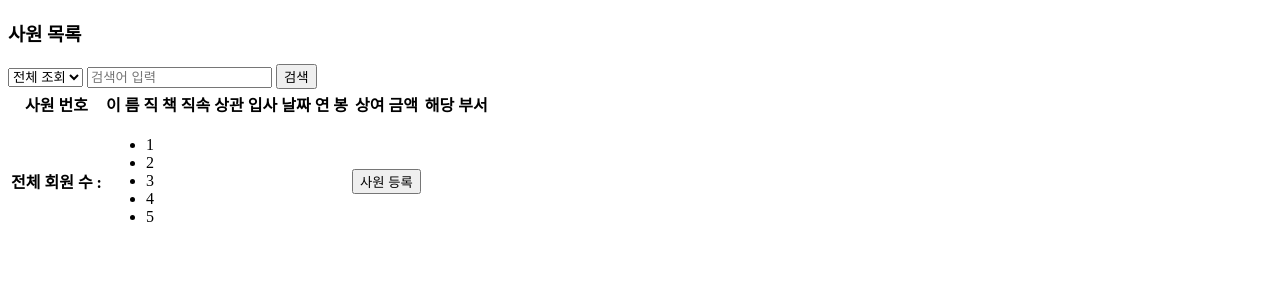
Repository: HYERI-HONG/SYS4U_WEB02_COMMAND
Page: http://localhost/company/WEB-INF/view/empList.jsp
An editor plug-in stored every save of this project. The page is shown before and after the next save, followed by the edit.
The browser window is 1280 px wide. The pictures show the whole page.
The page is served by Tomcat 9. Nobody is signed in. Other server files are loaded and not shown. The template is opened directly, without the code that normally fills it, so the values that code supplies are empty.

Above is the page before, as saved 2019-03-12 20:37:47.
Console error: TypeError: i.addEventListener is not a function

### company/WebContent/WEB-INF/view/empList.jsp
<%@ page language="java" contentType="text/html; charset=EUC-KR"
    pageEncoding="EUC-KR"%>
<%@ taglib prefix="c" uri="http://java.sun.com/jsp/jstl/core"%>
<!DOCTYPE html>
<html>
<head>
<meta charset="UTF-8" />
	<title>EmployeeList</title>

</head>
<body>
	<h3>사원 목록</h3>
	<div id="content">
		<div id="content_search">
		<form action="${context}/empSearch.do" method="post">
			<select name="serchOption">
				<option value="findAll">전체 조회</option>
				<option value="findSomeByname">이름</option>
				<option value="findOne">사원번호</option>
				<option value="findSomeByDeptNo">부서명</option>
			</select>
			<input name="searchWord" type="text" placeholder="검색어 입력" />
			<input type="submit" id="searchButton" value="검색" />
		</form>
		</div>
		<div id="content_list">
			<table id="employee_list">
				<tr>
					<th>사원 번호</th>
					<th>이 름</th>
					<th>직 책</th>
					<th>직속 상관</th>
					<th>입사 날짜</th>
					<th>연 봉</th>
					<th>상여 금액</th>
					<th>해당 부서</th>
				</tr>
				<c:forEach items='${list}' var='employee'>
					<tr>
						<td><a href ="${context}/empDetail.do?empNo=${employee.empNo}" class="empNo" >${employee.empNo}</a></td>
						<td>${employee.eName}</td>
						<td>${employee.job}</td>
						<td>${employee.mgr}</td>
						<td>${employee.hireDate}</td>
						<td>${employee.sal}</td>
						<td>${employee.comm}</td>
						<td>${employee.deptNo}</td>
					</tr>
				</c:forEach>
				<tr>
					<td>
						<h4>전체 회원 수 : ${page.count}</h4>
					</td>
					<td colspan="5">
						<ul class="pageBox">
						<c:if test="${page.existPrev}">
							<li id="${page.prevBlock}" class="changePage">◀이전 </li>
						</c:if>
						<c:forEach begin="1" end="5" step="1" varStatus="i">
							<li>
								<a class="changePage" id="${i.index}">${i.index}</a>
							</li>
						</c:forEach>
						<c:if test="${page.existNext}">
							<li id="${page.nextBlock}" class="changePage"> 다음▶</li>
						</c:if>
						</ul>
					</td>
					<td>
						<input id="addBtn" type="button" value="사원 등록" />

					</td>
				<tr>

			</table>
		</div>
	</div>
	<script type="text/javascript">
		document.getElementById('addBtn').addEventListener('click',function(){
			location.href = "<%=application.getContextPath()%>/move.do?pageName=empAdd"
		});

		var pageNum = document.querySelectorAll('.changePage');
		for(var i=0; i<pageNum.length; i++){
			i.addEventListener('click',function(){
				location.href ="<%=application.getContextPath()%>/empList.do?pageNum="+i.getAttribute('id');
			});
		}
	</script>
</body>
</html>

After the next save:
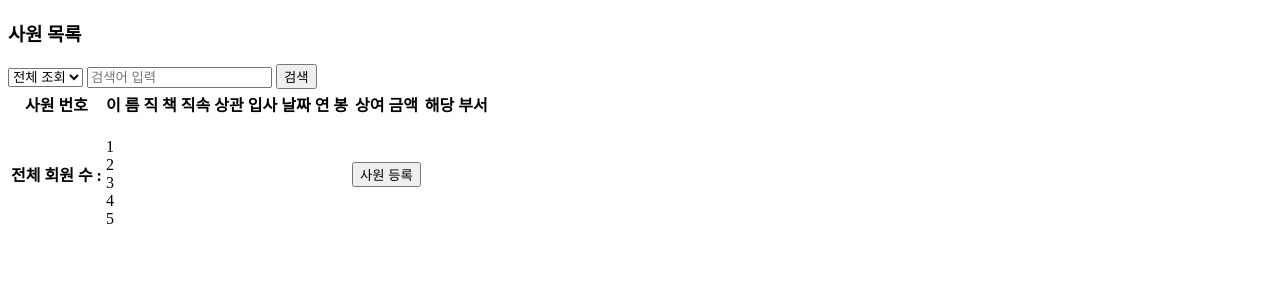
The error is gone.
Saved 3 min 5 s later.
--- a/company/WebContent/WEB-INF/view/empList.jsp
+++ b/company/WebContent/WEB-INF/view/empList.jsp
@@ -52,7 +52,7 @@
 						<h4>전체 회원 수 : ${page.count}</h4>
 					</td>
 					<td colspan="5">
-						<ul class="pageBox">
+						<ul class="pageBox" style="display: inline; list-style: none;">
 						<c:if test="${page.existPrev}">
 							<li id="${page.prevBlock}" class="changePage">◀이전 </li>
 						</c:if>
@@ -82,7 +82,7 @@
 
 		var pageNum = document.querySelectorAll('.changePage');
 		for(var i=0; i<pageNum.length; i++){
-			i.addEventListener('click',function(){
+			pageNum[i].addEventListener('click',function(){
 				location.href ="<%=application.getContextPath()%>/empList.do?pageNum="+i.getAttribute('id');
 			});
 		}
